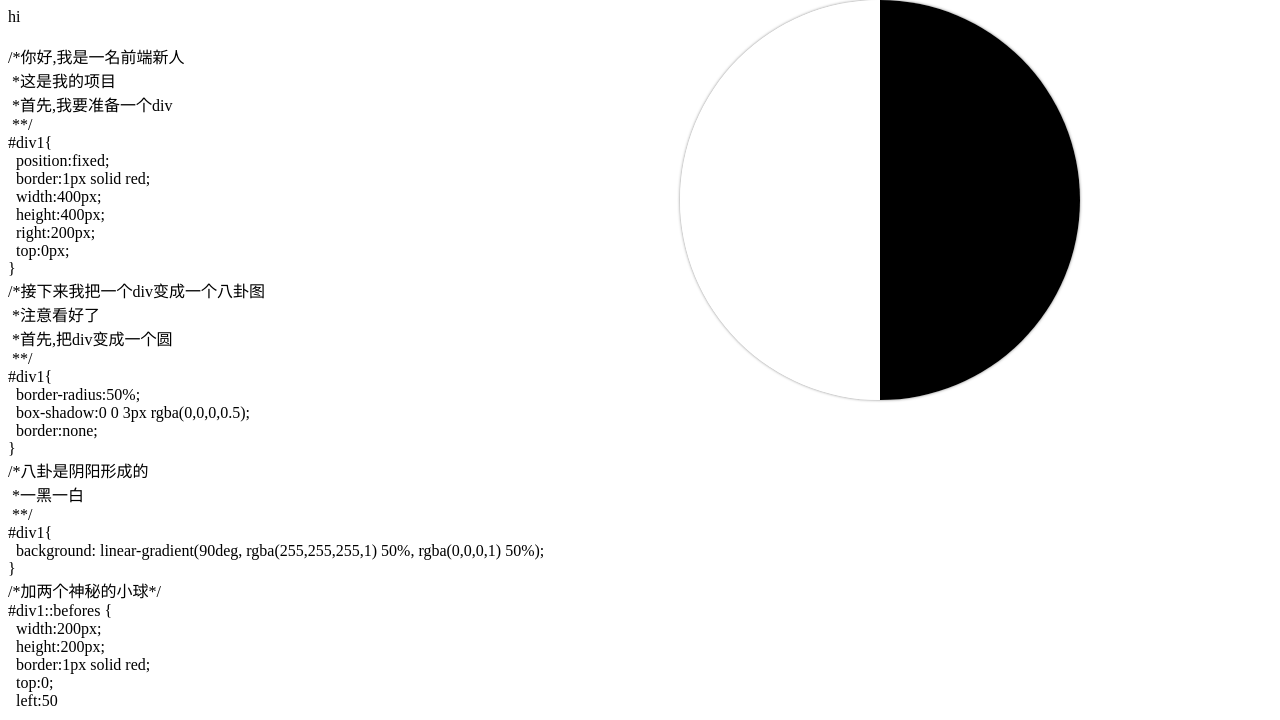
Repository: chenguocan/JS_cv
Page: index.html
The author's editor kept a copy of each file at every save. The page is drawn from the files as they stood at one save, then again after the next save.
The browser window is 1280 px wide. The pictures show the whole page.

Above is the page before, as saved 2020-07-29 15:49:32.

### index.html
<!DOCTYPE html>
<html lang="en">
  <head>
    <meta charset="UTF-8" />
    <meta name="viewport" content="width=device-width, initial-scale=1.0" />
    <title>Document</title>
    <style>
      #div1::before {
        content: "";
        display: block;
      }
    </style>
  </head>
  <body>
    hi
    <style id="style"></style>
    <div id="demo"></div>
    <div id="div1"></div>
    <script src="./main.js"></script>
  </body>
</html>

### main.js
let demo = document.querySelector("#demo");
let style = document.querySelector("#style");
let n = 0;
//添加注释,才不会影响CSS的样式。
let string = `
/*你好,我是一名前端新人
 *这是我的项目
 *首先,我要准备一个div
 **/
#div1{
  position:fixed;
  border:1px solid red;
  width:400px;
  height:400px;
  right:200px;
  top:0px;
}
/*接下来我把一个div变成一个八卦图
 *注意看好了
 *首先,把div变成一个圆
 **/
#div1{
  border-radius:50%;
  box-shadow:0 0 3px rgba(0,0,0,0.5);
  border:none;
}
/*八卦是阴阳形成的
 *一黑一白
 **/
#div1{
  background: linear-gradient(90deg, rgba(255,255,255,1) 50%, rgba(0,0,0,1) 50%);
}
/*加两个神秘的小球*/
#div1::befores {
  width:200px;
  height:200px;
  border:1px solid red;
  top:0;
  left:50%;
  transform:translateX(-50%);
  backgound:#000;
  border-radius:50%;
}

`;
let string2 = "";
// string = string.replace(/\n/g, "<br>"); //正则表达式表示所有回车。
let step = () => {
  setTimeout(() => {
    //如果string等于回车,通过<br>来处理
    if (string[n] === "\n") {
      string2 += "<br>";
    } else if (string[n] === " ") {
      string2 += "&nbsp;";
    } else {
      string2 += string[n];
    }
    demo.innerHTML = string2;
    style.innerHTML = string.substring(0, n);
    if (n < string.length - 1) {
      n += 1;
      step();
    }
  }, 10);
};
step();

After the next save:
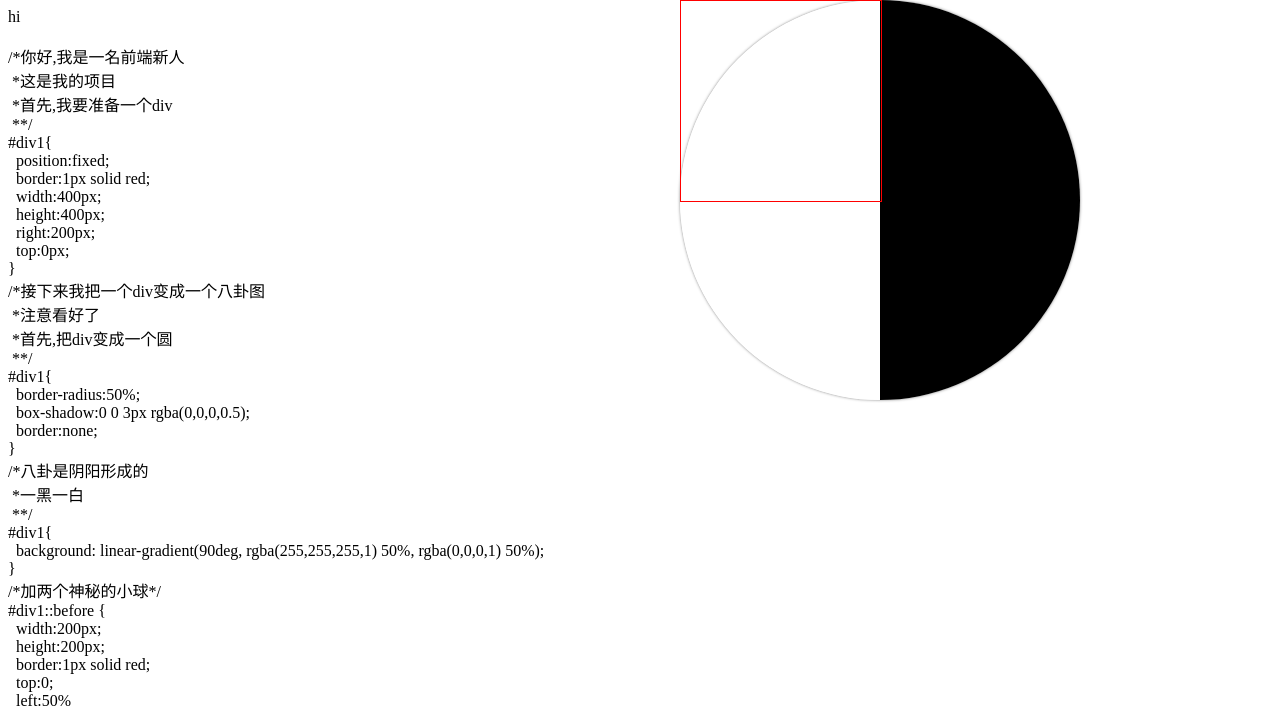
Saved 11 s later.
--- a/main.js
+++ b/main.js
@@ -31,7 +31,7 @@
   background: linear-gradient(90deg, rgba(255,255,255,1) 50%, rgba(0,0,0,1) 50%);
 }
 /*加两个神秘的小球*/
-#div1::befores {
+#div1::before {
   width:200px;
   height:200px;
   border:1px solid red;
